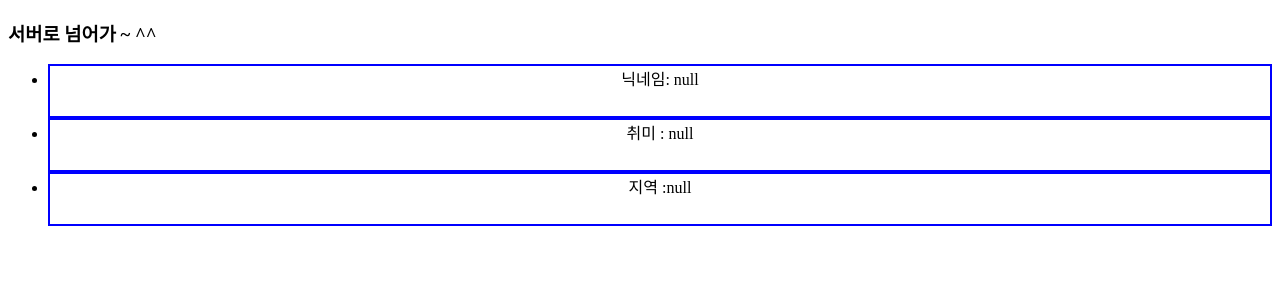
Repository: hyejux/jsp
Page: http://localhost/JSPBasic/request/request02.jsp
An editor plug-in stored every save of this project. The page is shown before and after the next save, followed by the edit.
The browser window is 1280 px wide. The pictures show the whole page.
The page is served by Tomcat 10. Other server files are loaded and not shown.

Above is the page before, as saved 2024-06-25 06:17:45.

### JSPBasic/src/main/webapp/request/request02.jsp
<%@ page language="java" contentType="text/html; charset=UTF-8"
    pageEncoding="UTF-8"%>

<%@page import="java.util.Arrays" %>

<%

String nick = request.getParameter("nick");
String[] hobby = request.getParameterValues("hobby");
String region = request.getParameter("region");

%>
<!DOCTYPE html>
<html>
<head>
<meta charset="UTF-8">
<title>Insert title here</title>
<style>

li {
height: 50px;
width : auto;
border: 2px solid blue;
text-decoration: none;
text-align : center;
paddig : 10px;
}

</style>

</head>
<body>
	<h3> 서버로 넘어가 ~ ^^</h3>

	<ul>

		<li> 닉네임: <%= nick %> </li>
		<li> 취미 : <%= Arrays.toString(hobby)%> </li>
		<li> 지역 :<%= region %></li>
	</ul>



</body>
</html>

After the next save:
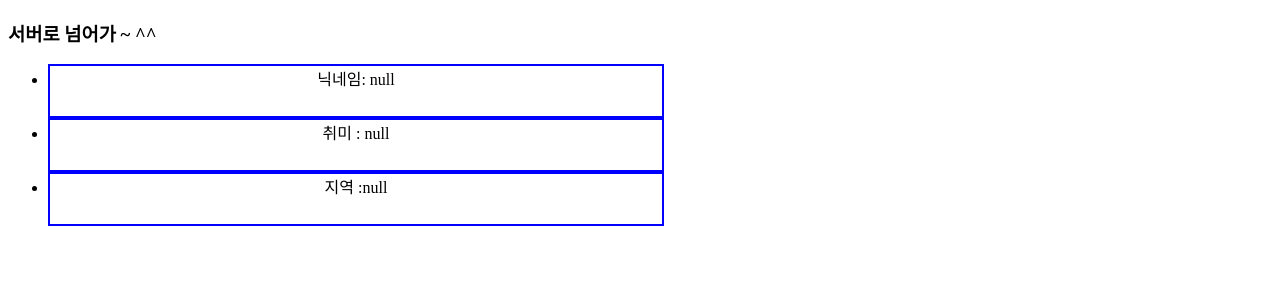
Saved 7 s later.
--- a/JSPBasic/src/main/webapp/request/request02.jsp
+++ b/JSPBasic/src/main/webapp/request/request02.jsp
@@ -19,7 +19,7 @@ String region = request.getParameter("region");
 
 li {
 height: 50px;
-width : auto;
+width : 50%;
 border: 2px solid blue;
 text-decoration: none;
 text-align : center;
